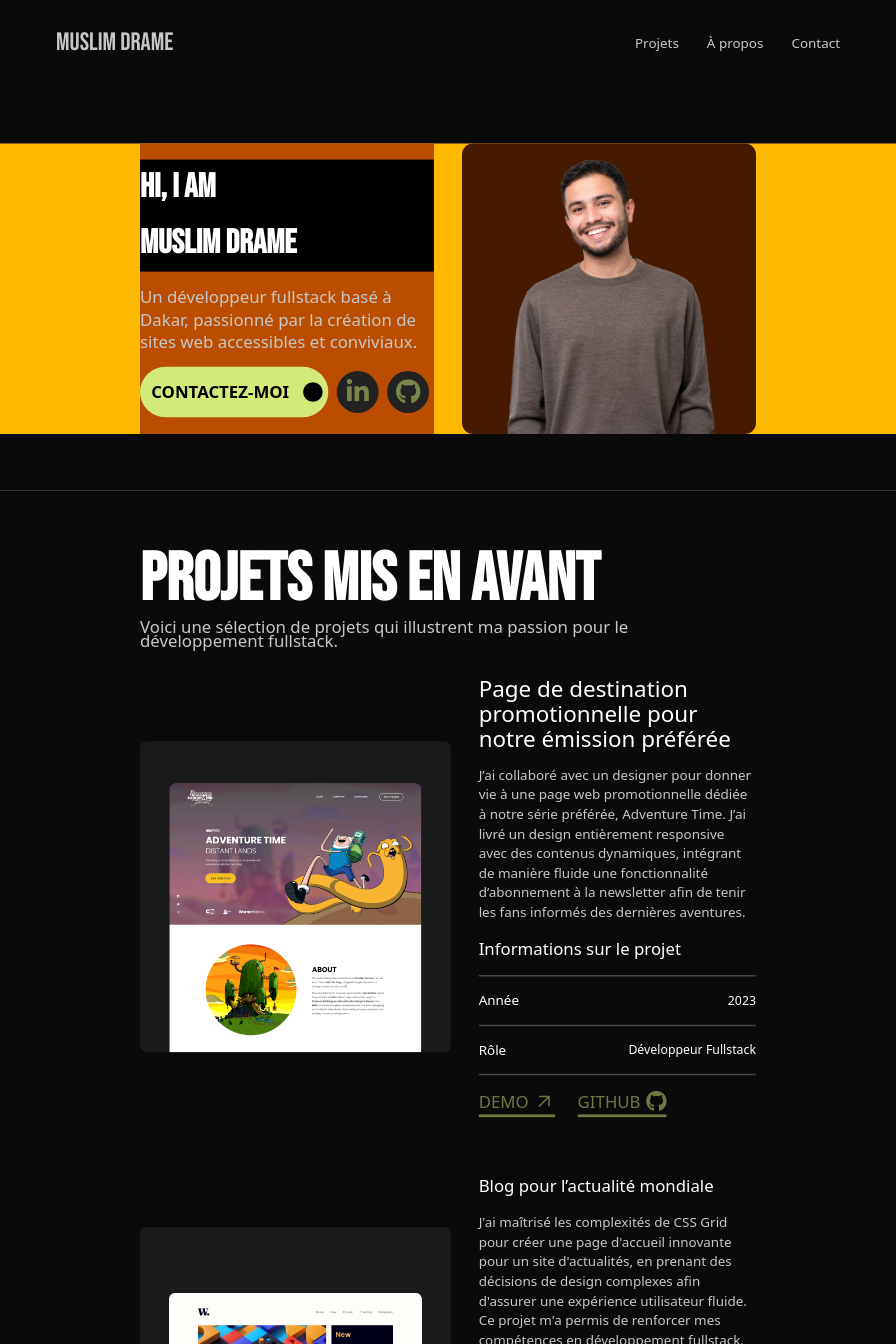
Repository: muslimdrame37-oss/Portfolio1
Page: src/index.html
These files come from the project's save history. The page is drawn as it stood at one moment and after the next save; the edit follows.
The browser window is 1280 px wide. The pictures show the part of the page from y = 0 to 1920 px (the page is 4508 px tall before and 4488 px after), at 70% of full size.
Some web fonts or font styles are not loaded; a fallback is used. Some web libraries are served in a nearby version.

Above is the page before, as saved 2026-02-11 20:34:21.

After the next save:
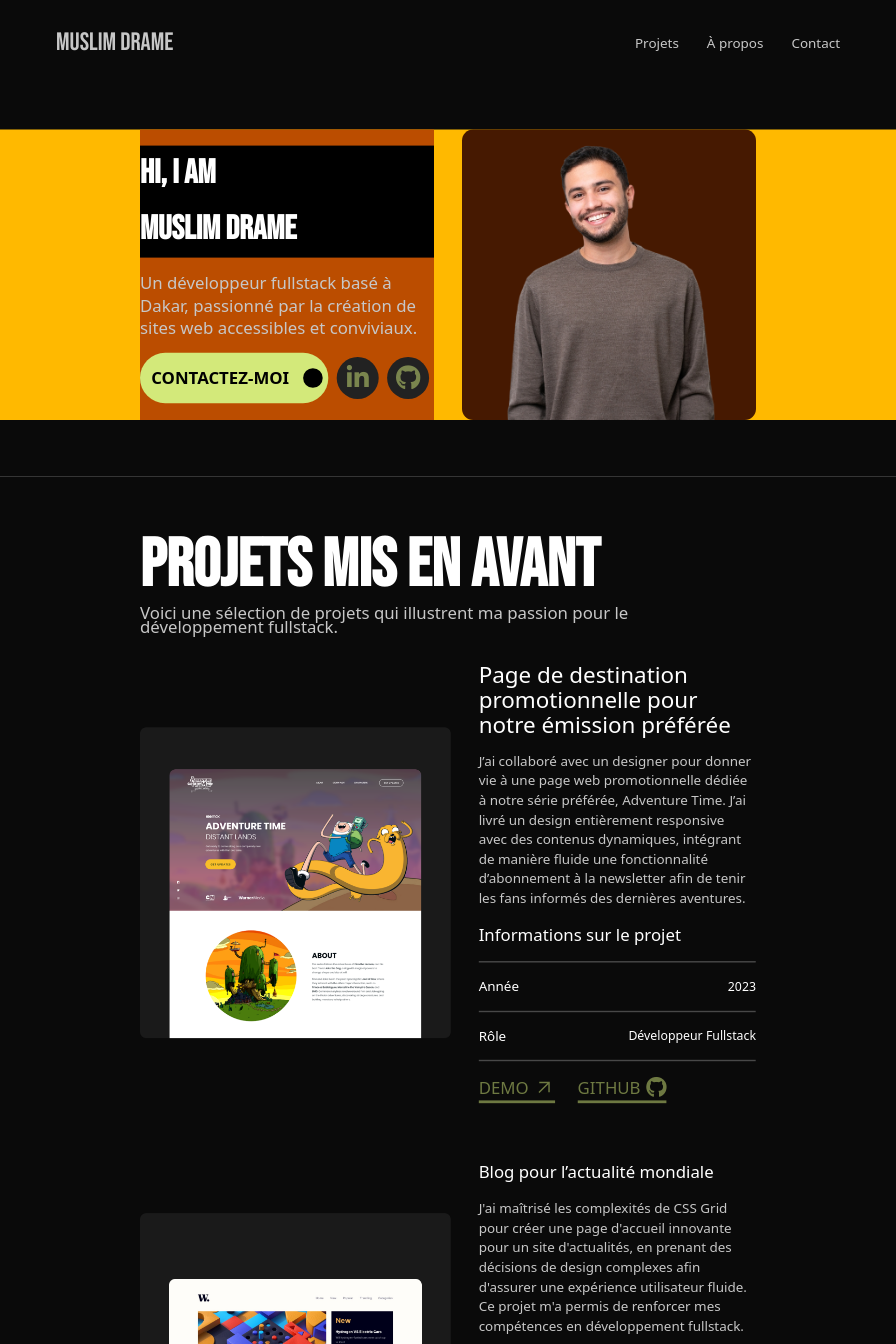
Saved 2 min 27 s later.
--- a/src/index.html
+++ b/src/index.html
@@ -43,7 +43,7 @@
     <main>
 
         <!-- ========== SECTION HERO ========== -->
-        <section class="px-5 mt-20 flex flex-col justify-between gap-10 lg:flex-row lg:px-50 bg-amber-400" aria-label="Section d'accueil">
+        <section class="px-5 mt-15 flex flex-col justify-between gap-10 lg:flex-row lg:px-50 bg-amber-400" aria-label="Section d'accueil">
             <!-- Contenu texte -->
             <div class="flex flex-col gap-5 justify-center lg:w-1/2 bg-amber-700">
                 <h2 class="text-white text-[3rem] font-bebas lg:text-[5rem] lg:font-bold lg:leading-20 leading-15 bg-black">HI, I AM <br> MUSLIM DRAME</h2>
